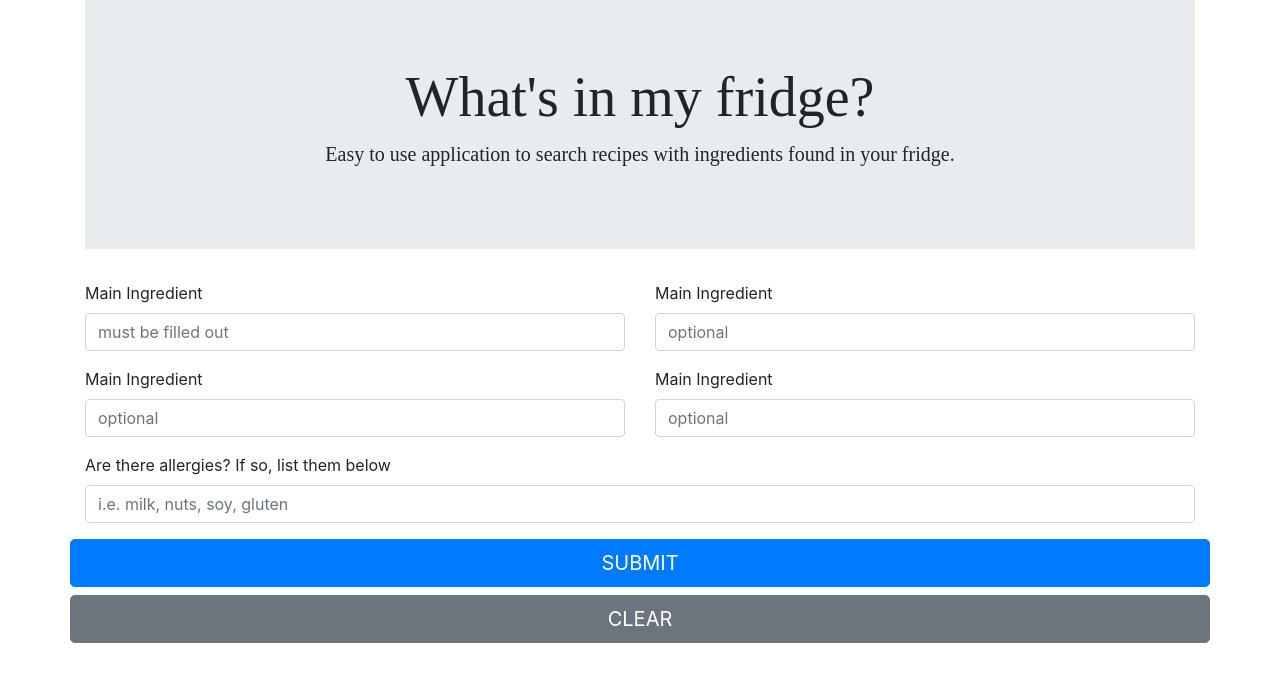
Repository: ogipajic/Recipe_API
Page: index.html
These files come from the project's save history. The page is drawn as it stood at one moment and after the next save; the edit follows.
The browser window is 1280 px wide. The pictures show the whole page.
Some web fonts or font styles are not loaded; a fallback is used.

Above is the page before, as saved 2020-07-03 18:49:04.
Not found: script.js

### index.html
<!DOCTYPE html>
<html lang="en">
<head>
    <meta charset="UTF-8">
    <meta name="viewport" content="width=device-width, initial-scale=1.0">
    <script
  src="https://code.jquery.com/jquery-3.5.1.min.js"
  integrity="sha256-9/aliU8dGd2tb6OSsuzixeV4y/faTqgFtohetphbbj0="
  crossorigin="anonymous"></script>
  <link rel="stylesheet" href="https://stackpath.bootstrapcdn.com/bootstrap/4.5.0/css/bootstrap.min.css" integrity="sha384-9aIt2nRpC12Uk9gS9baDl411NQApFmC26EwAOH8WgZl5MYYxFfc+NcPb1dKGj7Sk" crossorigin="anonymous">
  <link rel="stylesheet" href="stylesheet.css">
  <link href="https://fonts.googleapis.com/css2?family=Annie+Use+Your+Telescope&family=Lemon&display=swap" rel="stylesheet">
  <title>What's In My Fridge?</title>
</head>
<body>
    <div class="container">
    <div class="jumbotron jumbotron-fluid">
        <div class="container">
          <h1 class="display-4">What's in my fridge?</h1>
          <p class="lead">Easy to use application to search recipes with ingredients found in your fridge.</p>
        </div>
      </div>

      <form>
          <div class="row">
              <div class="col-sm-6">
        <div class="form-group">
          <label for="exampleFormControlInput1">Main Ingredient</label>
          <input type="email" class="form-control" id="exampleFormControlInput1" placeholder="must be filled out">
        </div>
              </div>
              <div class="col-sm-6">
        <div class="form-group">
            <label for="exampleFormControlInput1">Main Ingredient</label>
            <input type="email" class="form-control" id="exampleFormControlInput1" placeholder="optional">
          </div>
          </div>
        </div>
        <div class="row">
            <div class="col-sm-6">
          <div class="form-group">
            <label for="exampleFormControlInput1">Main Ingredient</label>
            <input type="email" class="form-control" id="exampleFormControlInput1" placeholder="optional">
          </div>
        </div>
        <div class="col-sm-6">
          <div class="form-group">
            <label for="exampleFormControlInput1">Main Ingredient</label>
            <input type="email" class="form-control" id="exampleFormControlInput1" placeholder="optional">
          </div>
          </div>
          </div>
        </div>

        <div class="container">
        <div class="form-group">
            <div class="row">
                <div class="col-sm-12">
          <label for="exampleFormControlInput1">Are there allergies? If so, list them below</label>
          <input type="email" class="form-control" id="exampleFormControlInput1" placeholder="i.e. milk, nuts, soy, gluten">
          </div>
        </div>
        </div>
        </div>
      </form>
    <div class="container">
        <div class="row">
      <button type="button" class="btn btn-primary btn-lg btn-block">SUBMIT</button>
      <button type="button" class="btn btn-secondary btn-lg btn-block">CLEAR</button>
    </div>
    </div>
    </div>
 <div class="results">
<!-- display results here -->

 </div>
 <script src="script.js"></script>
 <script src="https://code.jquery.com/jquery-3.5.1.slim.min.js" integrity="sha384-DfXdz2htPH0lsSSs5nCTpuj/zy4C+OGpamoFVy38MVBnE+IbbVYUew+OrCXaRkfj" crossorigin="anonymous"></script>
 <script src="https://cdn.jsdelivr.net/npm/popper.js@1.16.0/dist/umd/popper.min.js" integrity="sha384-Q6E9RHvbIyZFJoft+2mJbHaEWldlvI9IOYy5n3zV9zzTtmI3UksdQRVvoxMfooAo" crossorigin="anonymous"></script>
 <script src="https://stackpath.bootstrapcdn.com/bootstrap/4.5.0/js/bootstrap.min.js" integrity="sha384-OgVRvuATP1z7JjHLkuOU7Xw704+h835Lr+6QL9UvYjZE3Ipu6Tp75j7Bh/kR0JKI" crossorigin="anonymous"></script>
</body>
</html>

### stylesheet.css
.jumbotron {
    text-align: center;
    font-family: 'Annie Use Your Telescope', cursive;
}

After the next save:
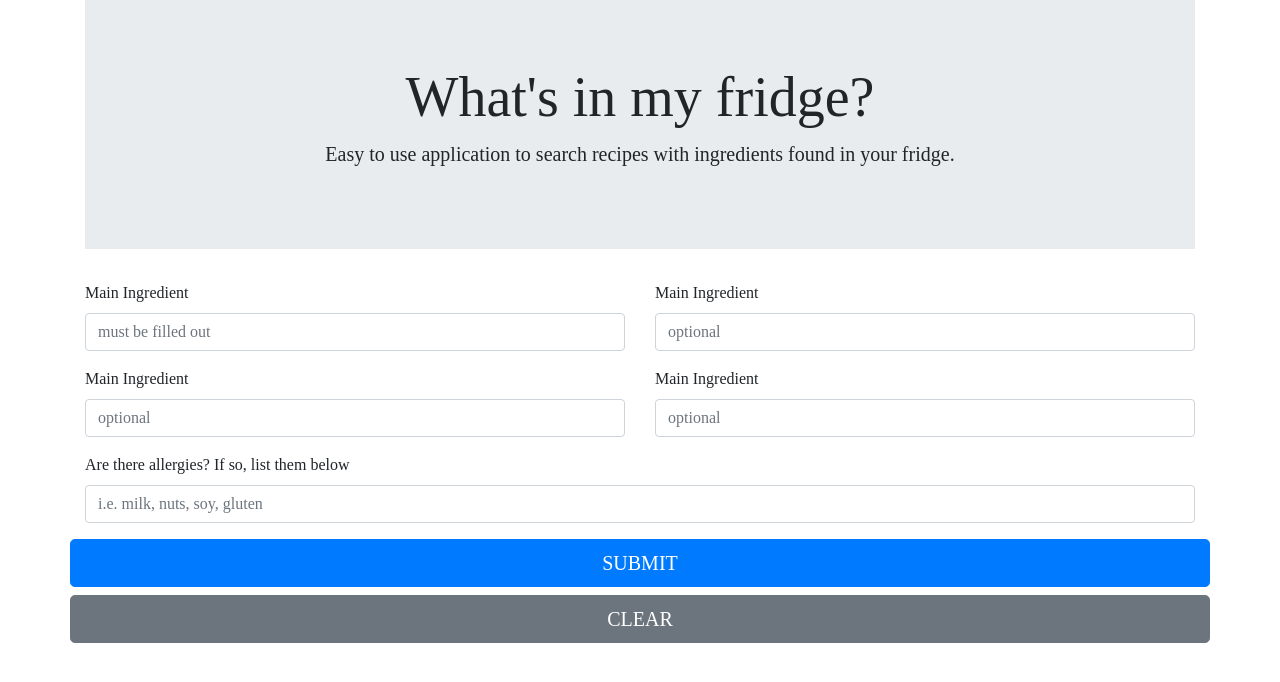
Saved 2 min 45 s later.
--- a/stylesheet.css
+++ b/stylesheet.css
@@ -1,3 +1,7 @@
+body {
+    font-family: 'Lemon', cursive;
+}
+
 .jumbotron {
     text-align: center;
     font-family: 'Annie Use Your Telescope', cursive;
